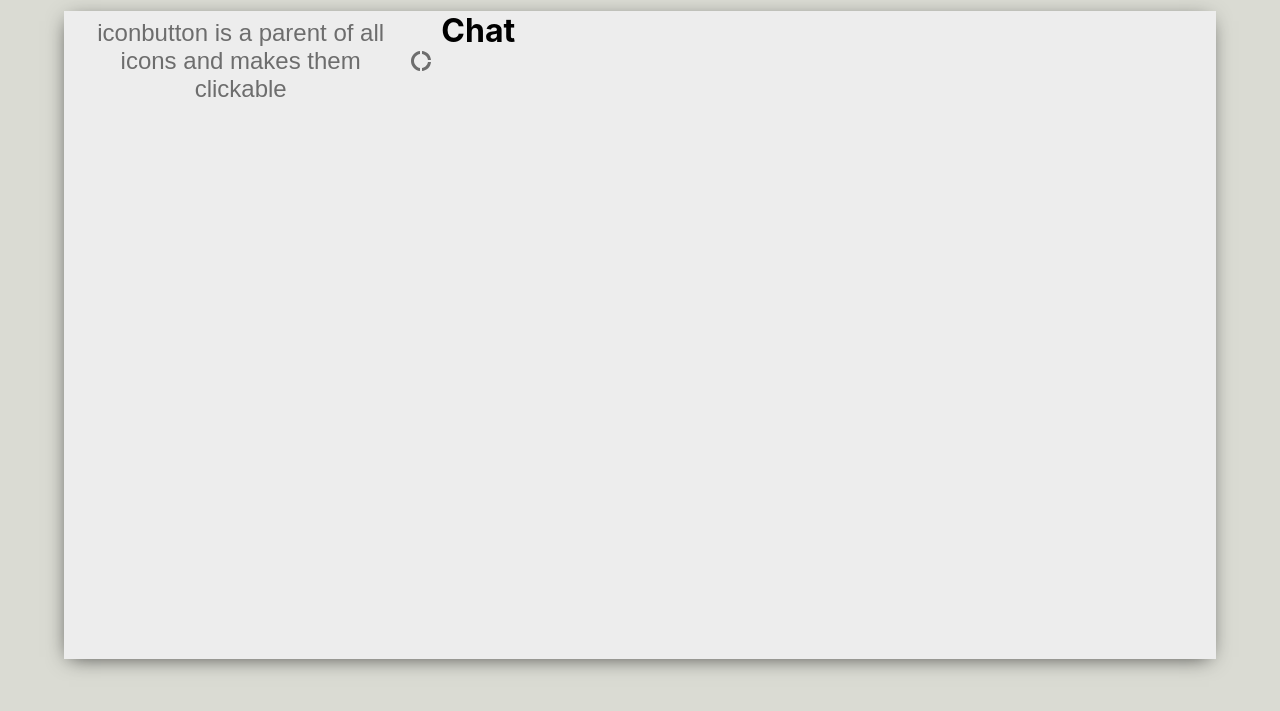
Repository: nadavmza/whatsapp-mern
Page: /
These files come from the project's save history. The page is drawn as it stood at one moment and after the next save; the edit follows.
The browser window is 1280 px wide. The pictures show the whole page.
The project was rebuilt for these pictures with package versions that can differ from the ones it lists, and the page was loaded fresh each time. Also part of the build but not shown: src/Chat.css.

Above is the page before, as saved 2021-12-22 00:20:34.

### src/index.js
 import React from 'react';
import ReactDOM from 'react-dom';
import './index.css';
import App from './App';
import reportWebVitals from './reportWebVitals';

ReactDOM.render(
  <React.StrictMode>
    <App />
  </React.StrictMode>,
  document.getElementById('root')
);

// If you want to start measuring performance in your app, pass a function
// to log results (for example: reportWebVitals(console.log))
// or send to an analytics endpoint. Learn more: https://bit.ly/CRA-vitals
reportWebVitals();

### src/App.js
import './App.css';
import Chat from './Chat';
import Sidebar from './Sidebar';
import React from "react";

function App() {
  return (

    <div className="app">
      <div className="app_body">
        <Sidebar/>
         <Chat/>
      </div>
    </div>
  );
}

export default App;

### src/App.css
.app{
  display:grid;
  place-items: center;
  height: 100vh;
  background-color:#dadbd3;
}


.app_body{
  display:flex;
  background-color: #ededed;
  margin-top: -50px;
  height: 90vh;
  width:90vw;
  box-shadow: -1px 4px 20px -6px rgba(0,0,0,0.75);
}

### src/Chat.js
import React from 'react'
import './Chat.css';

function Chat() {
    return (
        <div>
            <h1>Chat</h1>
        </div>
    )
}

export default Chat

### src/Sidebar.js
import React from 'react';
import "./Sidebar.css";
import DonutLargeIcon from '@mui/icons-material/DonutLarge';
import { Avatar,IconButton } from '@mui/material';
function Sidebar() {
    return (
        <div className='sidebar'>
            <div className="sidebar_header">
                <div className="sidebar_headerRight">
                    <IconButton>
                        iconbutton is a parent of
                        all icons and makes them
                        clickable
                        <DonutLargeIcon/>
                    </IconButton>
                </div>
            </div>
        </div>
    );

}

export default Sidebar

### src/Sidebar.css
.sidebar{
    display:flex;
    flex-direction: column;
    flex:0.35;


    /* flex:0.35 means that Chat component take 35 precent
    of the screen */
}

Loaded but not shown: public/index.html (common file); src/index.css (common file); src/reportWebVitals.js (common file)

After the next save:
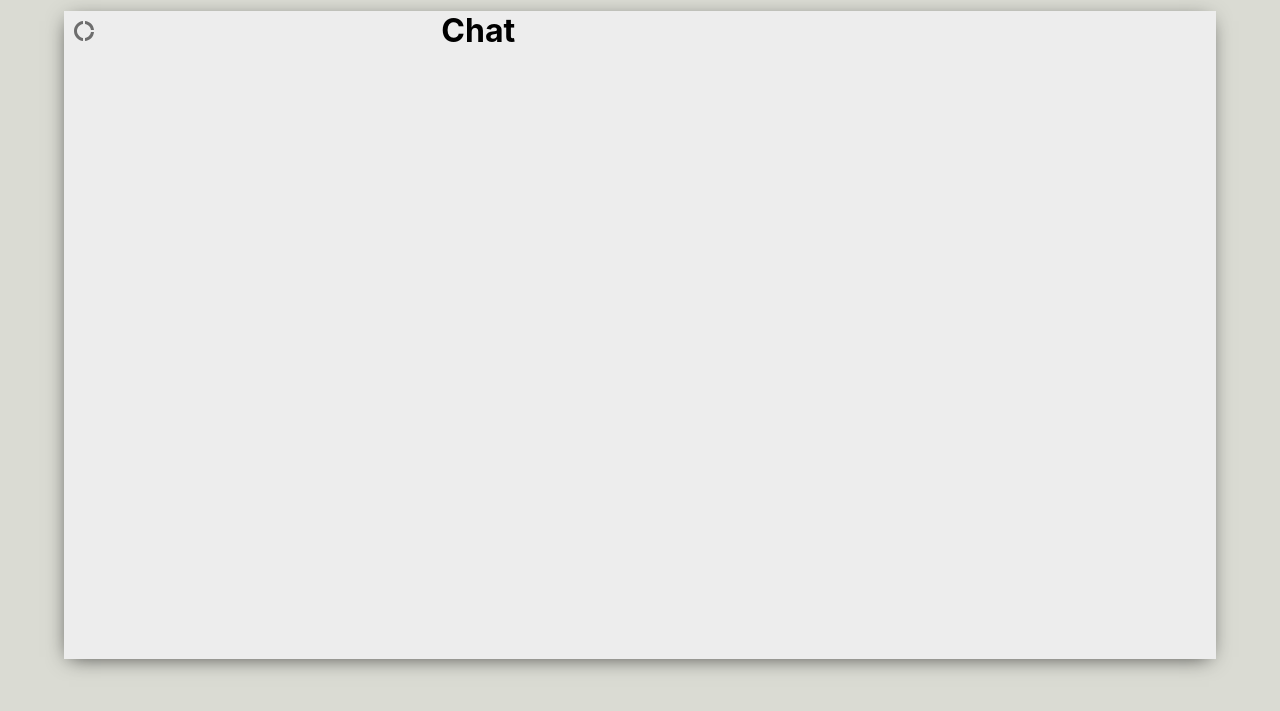
Saved 4 s later.
--- a/src/Sidebar.js
+++ b/src/Sidebar.js
@@ -8,9 +8,9 @@ function Sidebar() {
             <div className="sidebar_header">
                 <div className="sidebar_headerRight">
                     <IconButton>
-                        iconbutton is a parent of
+                        {/* iconbutton is a parent of
                         all icons and makes them
-                        clickable
+                        clickable */}
                         <DonutLargeIcon/>
                     </IconButton>
                 </div>
